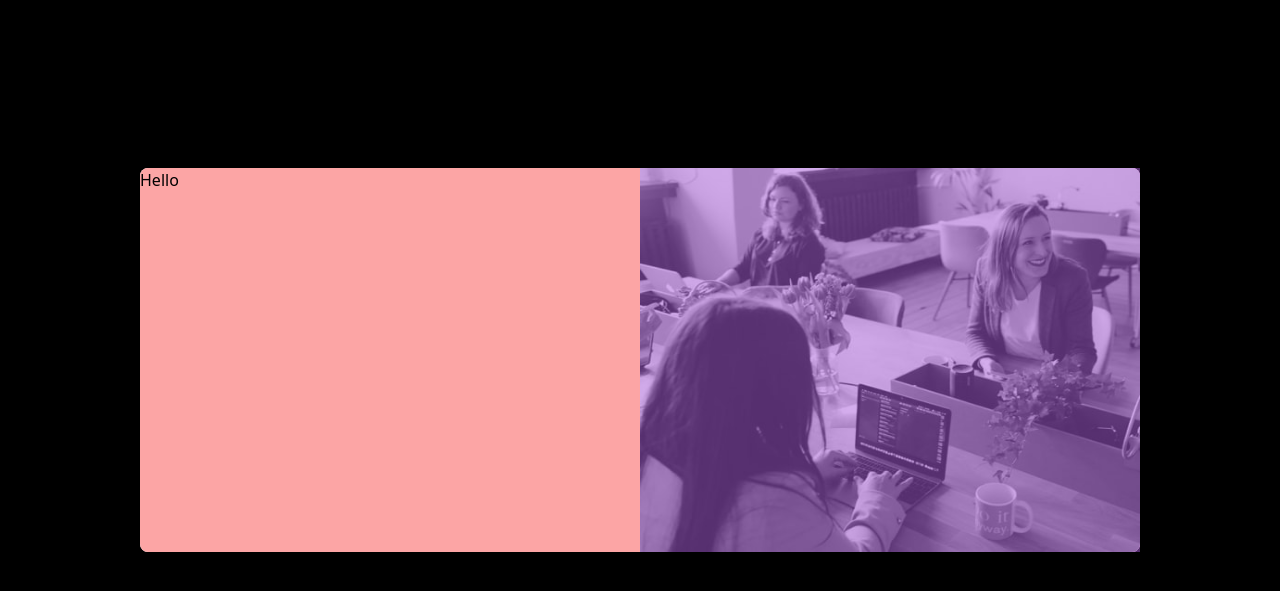
Repository: BerlinWebDev/FrontendMaster_PreviewMentor
Page: /
These files come from the project's save history. The page is drawn as it stood at one moment and after the next save; the edit follows.
The browser window is 1280 px wide. The pictures show the whole page.
The project was rebuilt for these pictures with package versions that can differ from the ones it lists, and the page was loaded fresh each time.

Above is the page before, as saved 2023-11-11 18:46:56.

### src/App.js
import Image from "./assets/image-header-desktop.jpg";

function App() {
  return (
    <>
      <header>
        <title>Challenge</title>
        <meta name="description" content="Challenge" />
        <link rel="icon" href="/favicon.ico" />
      </header>
      <main className="flex min-h-screen flex-col items-center justify-center bg-black">
        <div className="flex h-96 w-[1000px] rounded-lg bg-white">
          <aside className="w-1/2 bg-red-300 rounded-l-lg">Hello</aside>
          <aside className="w-1/2 bg-red-200 rounded-lg relative">
            <div className="absolute inset-0 bg-[#aa5cdb] opacity-50"></div>
            <img
              className=" h-full w-full rounded-r-lg"
              src={Image}
              alt="Header-Desktop"
            />
          </aside>
        </div>
      </main>
    </>
  );
}

export default App;

Loaded but not shown: public/index.html (common file); src/index.js (common file); src/index.css (common file); tailwind.config.js (common file)

After the next save:
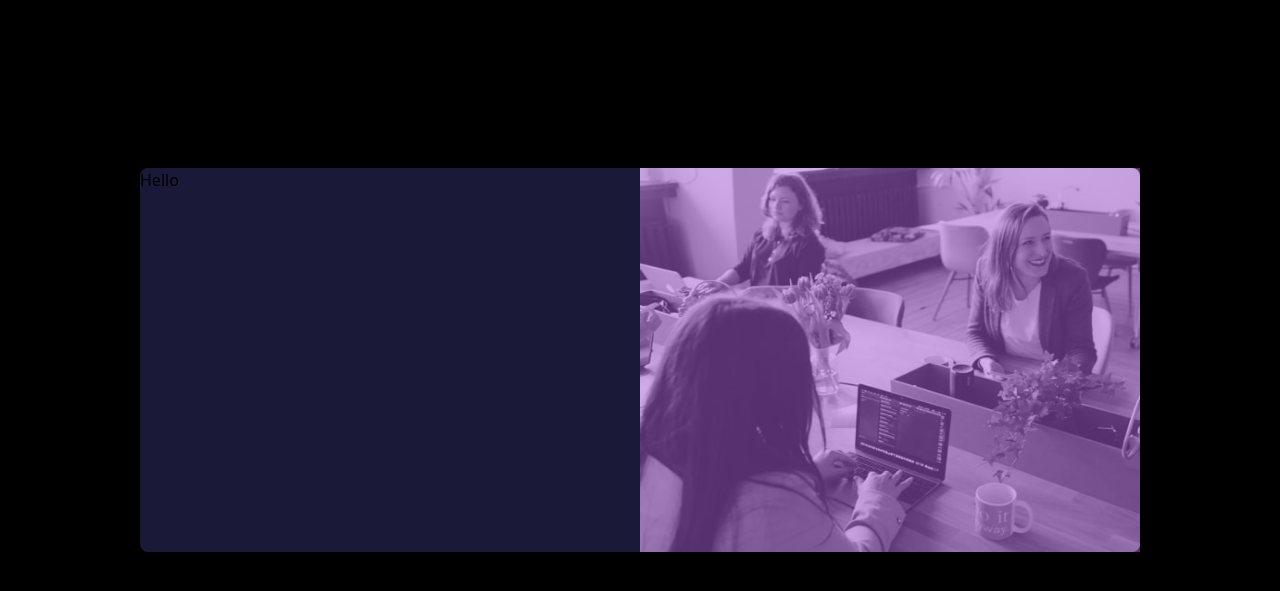
Saved 58 s later.
--- a/src/App.js
+++ b/src/App.js
@@ -9,9 +9,9 @@ function App() {
         <link rel="icon" href="/favicon.ico" />
       </header>
       <main className="flex min-h-screen flex-col items-center justify-center bg-black">
-        <div className="flex h-96 w-[1000px] rounded-lg bg-white">
-          <aside className="w-1/2 bg-red-300 rounded-l-lg">Hello</aside>
-          <aside className="w-1/2 bg-red-200 rounded-lg relative">
+        <div className="flex h-96 w-[1000px] rounded-lg bg-[#1b1938]">
+          <aside className="w-1/2  rounded-l-lg">Hello</aside>
+          <aside className="w-1/2  rounded-lg relative">
             <div className="absolute inset-0 bg-[#aa5cdb] opacity-50"></div>
             <img
               className=" h-full w-full rounded-r-lg"
